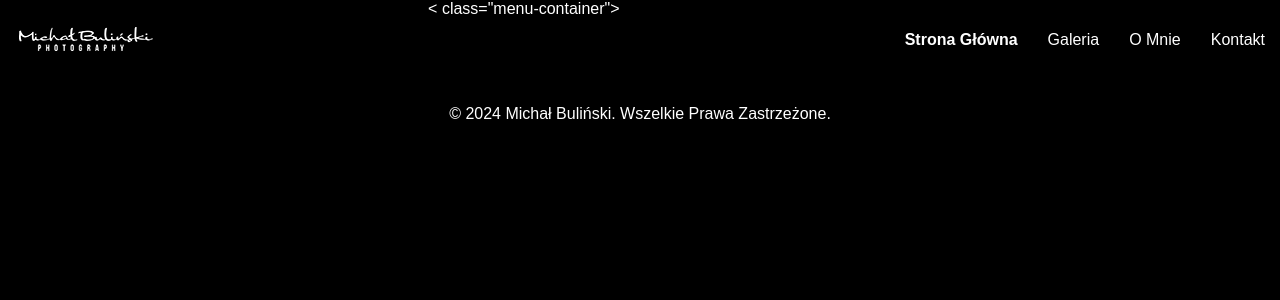
Repository: DevMike1993/my_website
Page: index.html
An editor plug-in stored every save of this project. The page is shown before and after the next save, followed by the edit.
The browser window is 1280 px wide. The pictures show the whole page.

Above is the page before, as saved 2024-01-03 14:10:12.

### index.html
<!DOCTYPE html>
<html lang="pl">
<head>
    <meta charset="UTF-8">
    <meta name="viewport" content="width=device-width, initial-scale=1.0">
    <link rel="stylesheet" href="style.css">
    <title>Strona Główna</title>
</head>
<body>
    <div class="container">
        <div class="logo-container">
            <div class="logo">
                <img src="assets/logo/logo_4.png" alt="Logo">
            </div>
        </div>
        <div class="header-container">
            <div class="header">Strona Główna</div>
        </div>
        < class="menu-container">
            <div class="menu-icon" onclick="toggleMenu()">
                <div class="bar"></div>
                <div class="bar"></div>
                <div class="bar"></div>
            </div>
            <div class="menu">
                <a href="index.html" class="menu-item active">Strona Główna</a>
                <a href="gallery.html" class="menu-item">Galeria</a>
                <a href="about.html" class="menu-item">O Mnie</a>
                <a href="contact.html" class="menu-item">Kontakt</a>
            </div>
            <div class="footer">

            </div>
        </div>
    </div>

    <!-- Treść strony -->

    <script src="script.js"></script>

    <!-- Stopka -->
    <footer>
        <p>&copy; 2024 Michał Buliński. Wszelkie Prawa Zastrzeżone.</p>
    </footer>

</body>
</html>

### style.css
body {
    margin: 0;
    font-family: "Montserrat", sans-serif;
    font-size: 1rem;
    background-color: #000; /* Czarne tło stron */
    color: #fff; /* Białe czcionki */
}

/* Styl dla domyślnego widoku*/
.container {
    display: flex;
    justify-content: space-between;
}

.logo-container,
.header-container,
.menu-container {
    display: flex;
}

.logo-container {
    justify-content: flex-start; /* Logo będzie na lewej stronie */
}

.header-container {
    justify-content: center; /* Nagłówek będzie na środku */
}

.menu-container {
    justify-content: flex-end; /* Menu będzie na prawej stronie */
}


footer {
    background-color: #000;
    color: #fff;
    text-align: center;
    padding: 10px;
    margin-top: auto; /* Umieść stopkę na dole */
    font-size: 1rem;
}

/* Style dla widoku mobilnego (ekrany o szerokości mniejszej niż 769px) */

@media only screen and (max-width: 768px) {
    .navbar {
        background-color: #000; /* Domyślne tło navbara na mniejszych ekranach */
        flex-direction: row;
        justify-content: space-between;
        align-items: center;
        width: 100%; /* Szerokość navbara na całą szerokość ekranu */
    }

    .logo {
        margin-left: 0rem;
    }

    .logo img {
        width: 100px; /* Zmiana szerokości logo dla widoku domyślnego */
        height: auto; /* Automatyczna wysokość, aby zachować proporcje */
        margin-left: 0.5rem;
    }

    .menu-icon {
        display: block; /* Wyświetl ikonę hamburgera na mniejszych ekranach */
        order: 3; /* Ikona hamburgera na końcu w widoku mobilnym */
        margin-bottom: 10px; /* Dodatkowy odstęp pod ikoną */
        margin-right: 20px; /* Przesuń ikonę menu w prawo o 20px */
    }

    .header {
        display: block; /* Wyświetl nagłówek w widoku mobilnym */
        order: 2; /* Nagłówek po logo w widoku mobilnym */
        margin-top: 0px; /* Drobna korekta marginesu, aby być idealnie na środku */
        margin-right: 2rem;
        text-align: center; /* Wyśrodkuj tekst w nagłówku */
    }

    .menu {
        display: none; /* Ukryj menu w domyślnym widoku */
        order: 4; /* Menu na końcu w widoku mobilnym */
    }

    .menu.show {
        display: flex; /* Pokaż menu po kliknięciu w ikonę hamburgera */
        flex-direction: column; /* Wyświetl menu pionowo */
        align-items: center; /* Wyśrodkuj elementy menu */
        position: absolute;
        top: 60px; /* Ustaw menu poniżej navbara */
        right: 0; /* Przesuń menu na prawo */
        width: 100%; /* Szerokość menu na całą szerokość ekranu */
    }

    .menu-item {
        text-align: center; /* Wyśrodkowanie tekstu w menu na mniejszych ekranach */
        margin: 1rem; /* Dodatkowy odstęp między elementami menu */
    }

    footer {
        background-color: #000;
        color: #fff;
        text-align: center;
        padding: 10px;
        margin-top: auto; /* Umieść stopkę na dole */
        font-size: 0.5rem;
    }
}

/* Style dla widoku domyślnego (ekrany o szerokości 769px i większe) */
@media only screen and (min-width: 769px) {
    .navbar {
        background-color: transparent; /* Tło transparentne */
        padding: 10px;
        display: flex;
        justify-content: space-between;
        align-items: center;
    }

    .logo {
        margin-left: 0rem;
    }

    .logo img {
        width: 150px; /* Zmiana szerokości logo dla widoku domyślnego */
        height: auto; /* Automatyczna wysokość, aby zachować proporcje */
        margin-left: 0.5rem;
    }

    .menu-icon {
        cursor: pointer;
        display: none;
        order: 3; /* Ikona hamburgera na prawo */
    }

    .bar {
        width: 25px;
        height: 3px;
        background-color: #fff;
        margin: 5px 0;
    }

    .header {
        display: none; /* Ukryj nagłówek w domyślnym widoku */
    }

    .menu {
        display: flex;
        flex-direction: row; /* Zmiana na poziome rozmieszczenie */
        align-items: center; /* Wyśrodkowanie elementów w pionie */
        order: 4; /* Menu na końcu */
    }

    .menu-item {
        color: #fff;
        margin: 0 15px;
        text-decoration: none;
    }

    /* Dodatkowe style dla aktywnego elementu menu */
    .menu-item.active {
        font-weight: bold;
    }
}

### script.js
function toggleMenu() {
    const menu = document.querySelector(".menu");
    menu.classList.toggle("show");
}

After the next save:
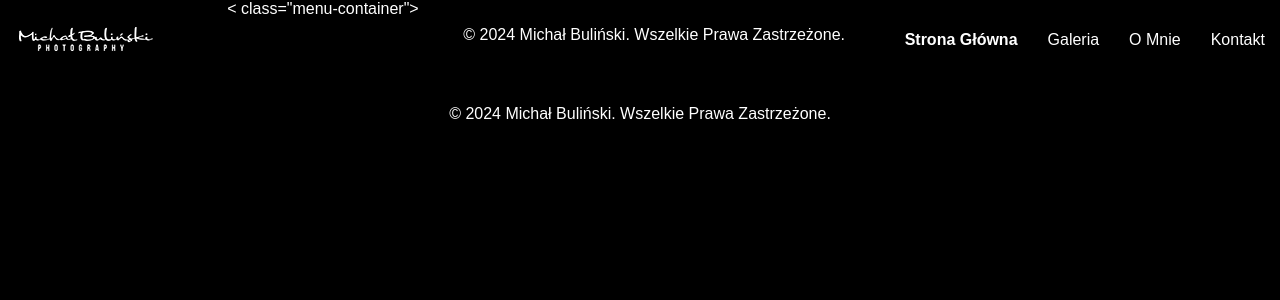
Saved 13 s later.
--- a/index.html
+++ b/index.html
@@ -29,7 +29,9 @@
                 <a href="contact.html" class="menu-item">Kontakt</a>
             </div>
             <div class="footer">
-
+                <footer>
+                    <p>&copy; 2024 Michał Buliński. Wszelkie Prawa Zastrzeżone.</p>
+                </footer>
             </div>
         </div>
     </div>

After the save that followed:
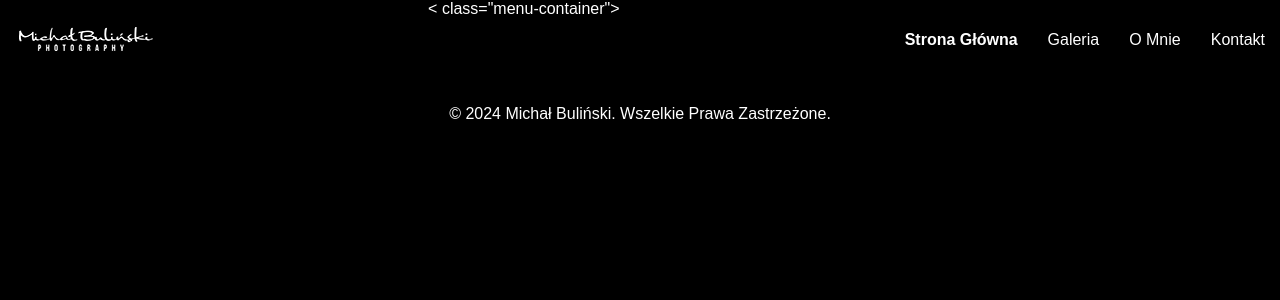
Saved 8 s later.
--- a/index.html
+++ b/index.html
@@ -29,9 +29,7 @@
                 <a href="contact.html" class="menu-item">Kontakt</a>
             </div>
             <div class="footer">
-                <footer>
-                    <p>&copy; 2024 Michał Buliński. Wszelkie Prawa Zastrzeżone.</p>
-                </footer>
+
             </div>
         </div>
     </div>
